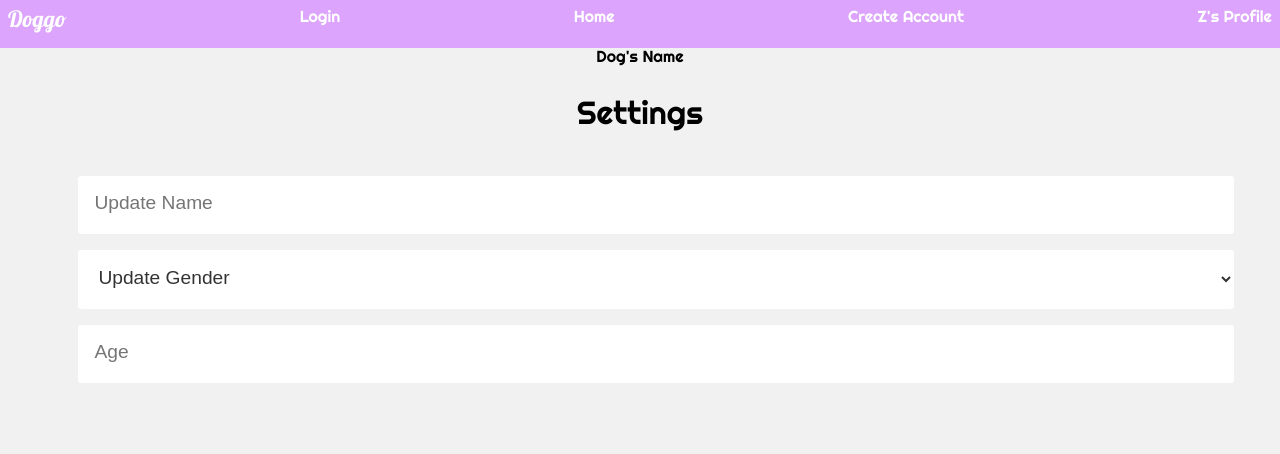
Repository: rh1456/capstone
Page: /5
An editor plug-in stored every save of this project. The page is shown before and after the next save, followed by the edit.
The browser window is 1280 px wide. The pictures show the whole page.
Some web libraries are served in a nearby version. The project was rebuilt for these pictures with package versions that can differ from the ones it lists, and the page was loaded fresh each time. Also part of the build but not shown: src/pages/MainPage.jsx, src/pages/CreateAccount.jsx, src/pages/DoggoLandingPage.jsx, src/pages/DogProfile.jsx, src/pages/PlayDateForm.jsx.

Above is the page before, as saved 2020-01-11 18:55:54.

After the next save:
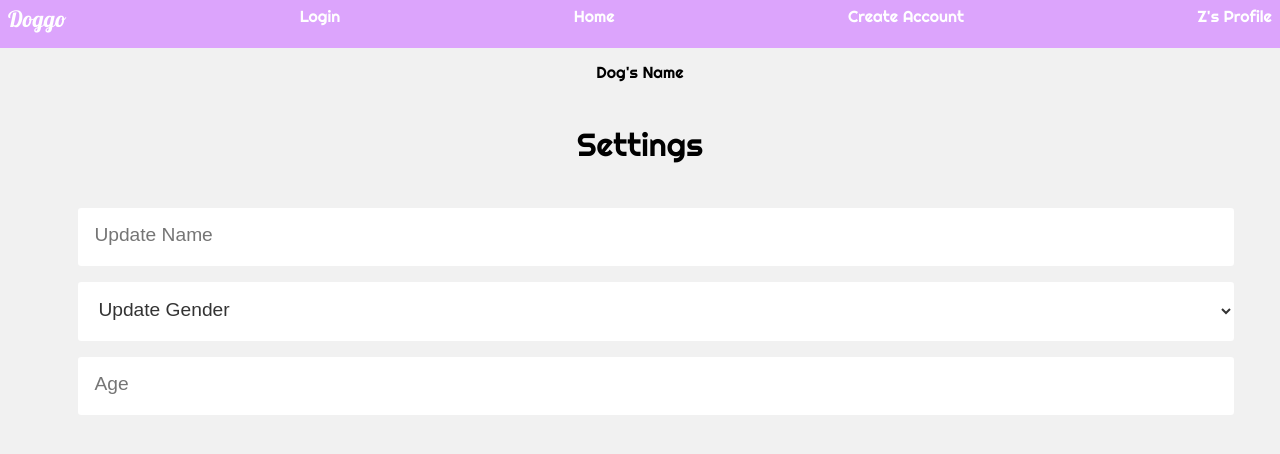
Saved 30 s later.
--- a/src/pages/profileSettings.css
+++ b/src/pages/profileSettings.css
@@ -53,3 +53,6 @@
   font-size: 2rem;
   margin: 2rem;
 }
+span {
+  margin: 1rem;
+}
